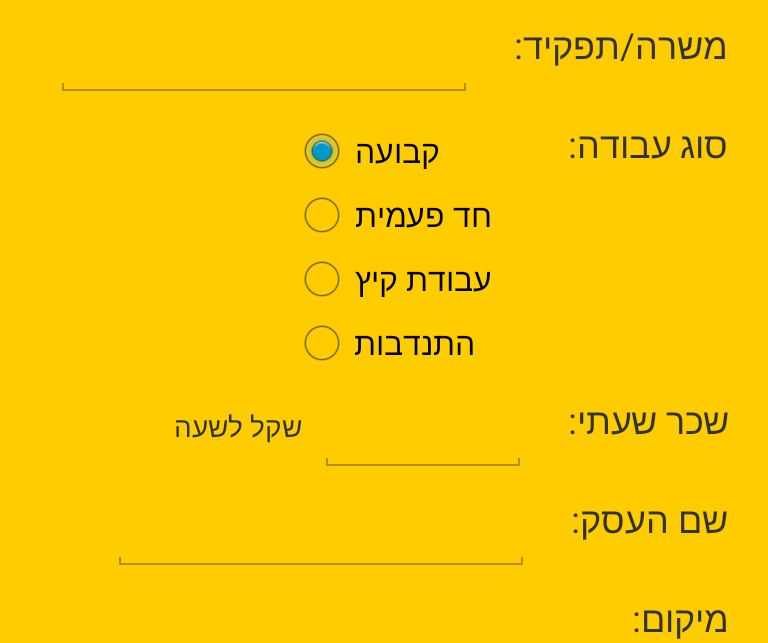
Repository: rodi055/jobli
Layout: Jobli/res/layout/fragment_create_job.xml
The author's editor kept a copy of each file at every save. The layout is drawn from the files as they stood at one save, then again after the next save.
The pictures show rows 0 to 643 of an output 1280 px tall.
Pictures or frames that could not be fetched are drawn as grey boxes. It is drawn on a 768 x 1280 px phone screen (xhdpi) without system bars, with theme AppTheme; the app's code is not run. The app's manifest (not shown) leaves right-to-left support off. So textAlignment, textDirection and layoutDirection are ignored, and left and right values win over start and end ones.

Above is the layout before, as saved 2015-01-03 12:12:21.

After the next save:
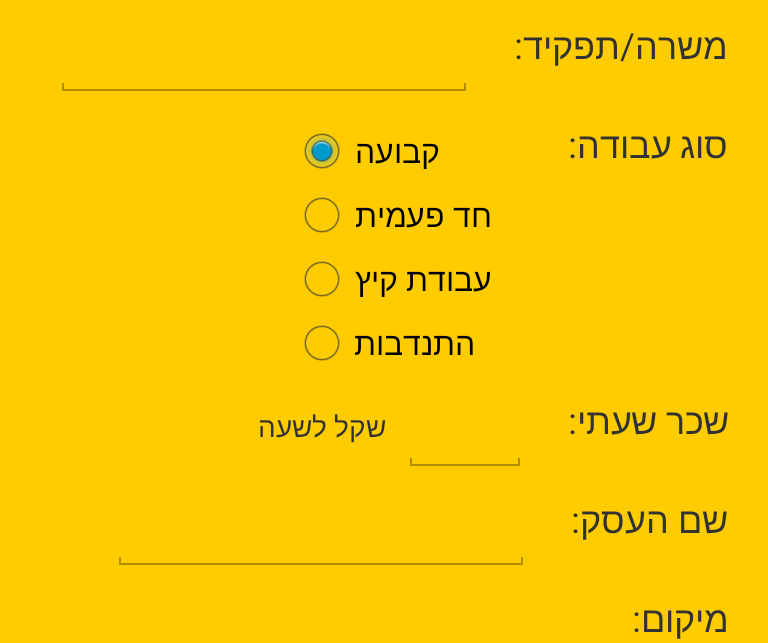
Saved 8 s later.
--- a/Jobli/res/layout/fragment_create_job.xml
+++ b/Jobli/res/layout/fragment_create_job.xml
@@ -122,7 +122,7 @@
                     android:layout_marginEnd="20dp"
                     android:layout_marginRight="20dp"
                     android:layout_toLeftOf="@+id/textView8"
-                     android:ems="5"
+                     android:ems="3"
                     android:inputType="numberDecimal"
                     android:maxLines="1"
                     android:singleLine="true" />
